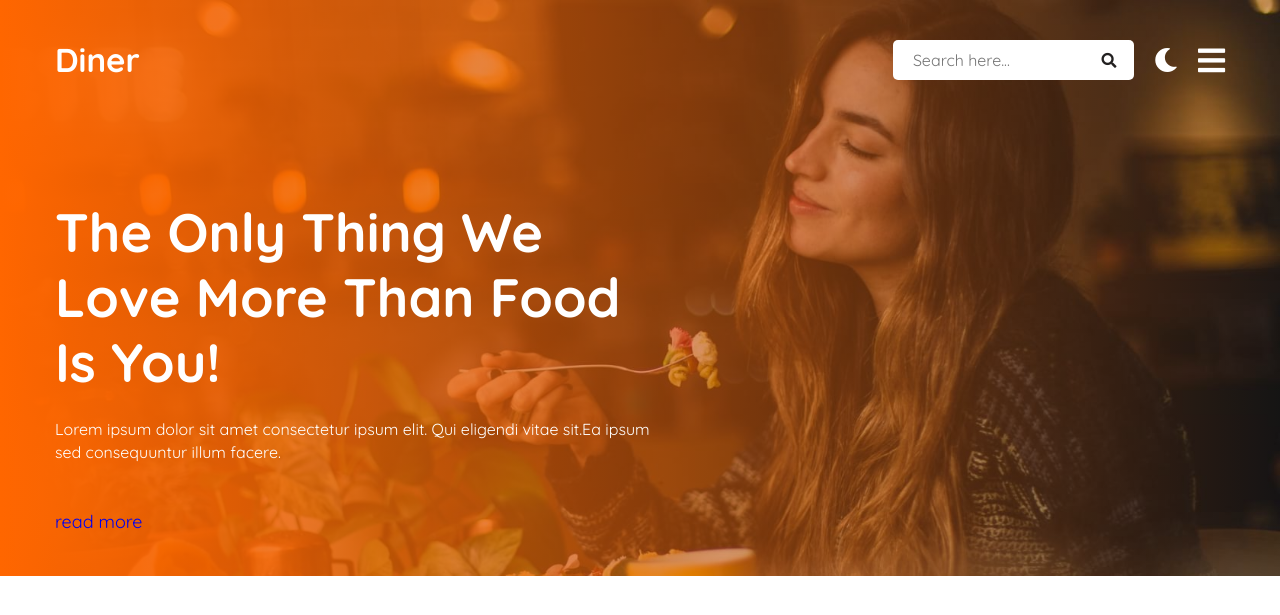
Repository: baobaodeveloper/bootscap21_project_AnhBao_VietToan_VietDuc
Page: index.html
The author's editor kept a copy of each file at every save. The page is drawn from the files as they stood at one save, then again after the next save.
The browser window is 1280 px wide. The pictures show the whole page.

Above is the page before, as saved 2022-03-02 23:14:27.

After the next save:
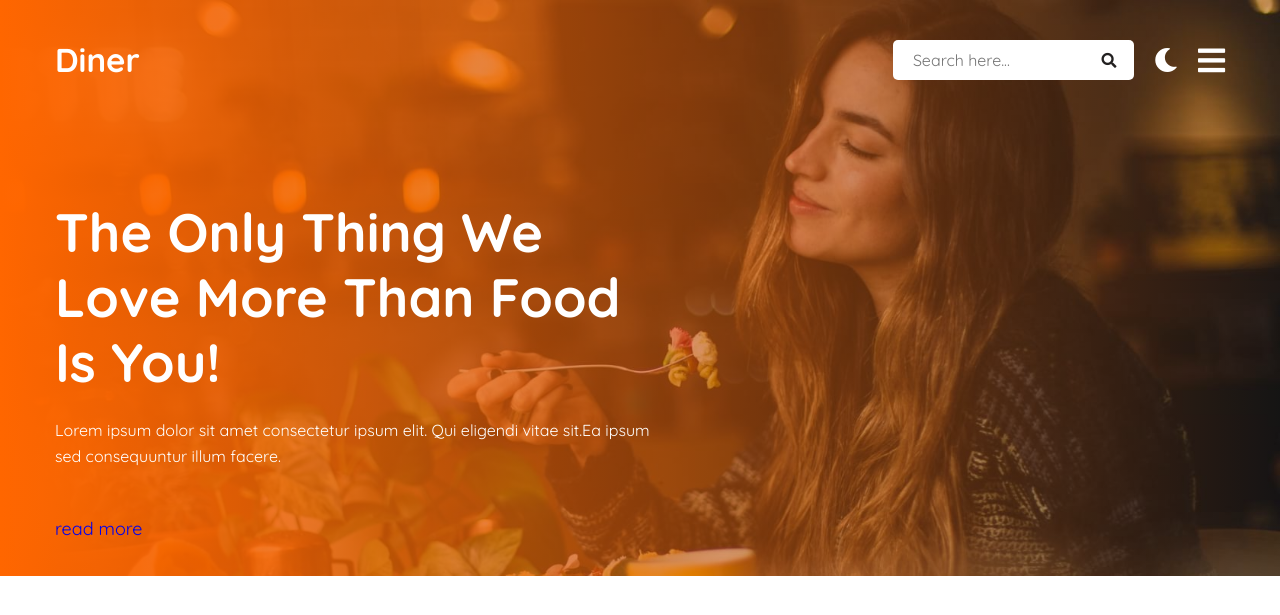
Saved 8 s later.
--- a/style.css
+++ b/style.css
@@ -144,7 +144,7 @@ body {
   margin: 2.4rem 0 4.8rem;
 
   font-size: 1.6rem;
-  line-height: 1.4;
+  line-height: 1.6;
 }
 
 /* header section ends */
